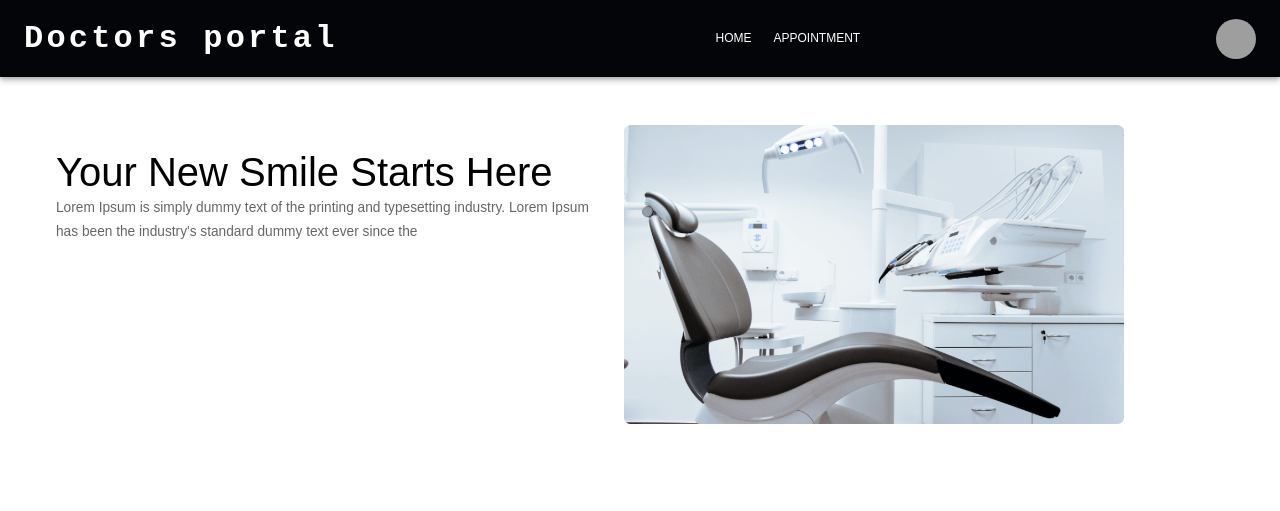
Repository: mdrubel02/health-care
Page: /
These files come from the project's save history. The page is drawn as it stood at one moment and after the next save; the edit follows.
The browser window is 1280 px wide. The pictures show the whole page.
Pictures or frames that could not be fetched are drawn as grey boxes. The project was rebuilt for these pictures with package versions that can differ from the ones it lists, and the page was loaded fresh each time. Also part of the build but not shown: src/Pages/Appointment/Appointment.js.

Above is the page before, as saved 2022-11-14 17:15:41.

After the next save:
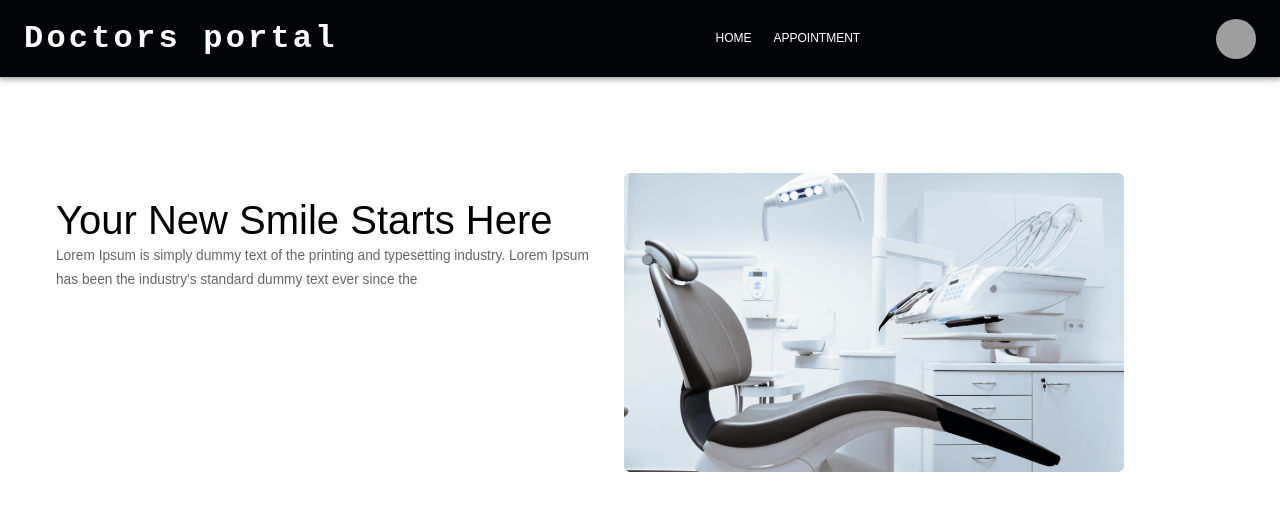
Saved 13 s later.
--- a/src/Pages/Home/Banner/Banner.js
+++ b/src/Pages/Home/Banner/Banner.js
@@ -4,7 +4,7 @@ import chair from '../../../assets/images/chair.png'
 
 const Banner = () => {
     return (
-        <Box sx={{  marginTop: '5rem', marginBottom: '3rem' }}>
+        <Box sx={{  marginTop: '8rem', marginBottom: '3rem' }}>
             <Grid sx={{ flexGrow: 2}} container spacing={4}  >
                 <Grid xs={12} md={12} lg={6}>
                     <Box sx={{ padding: '.5rem' }}>
